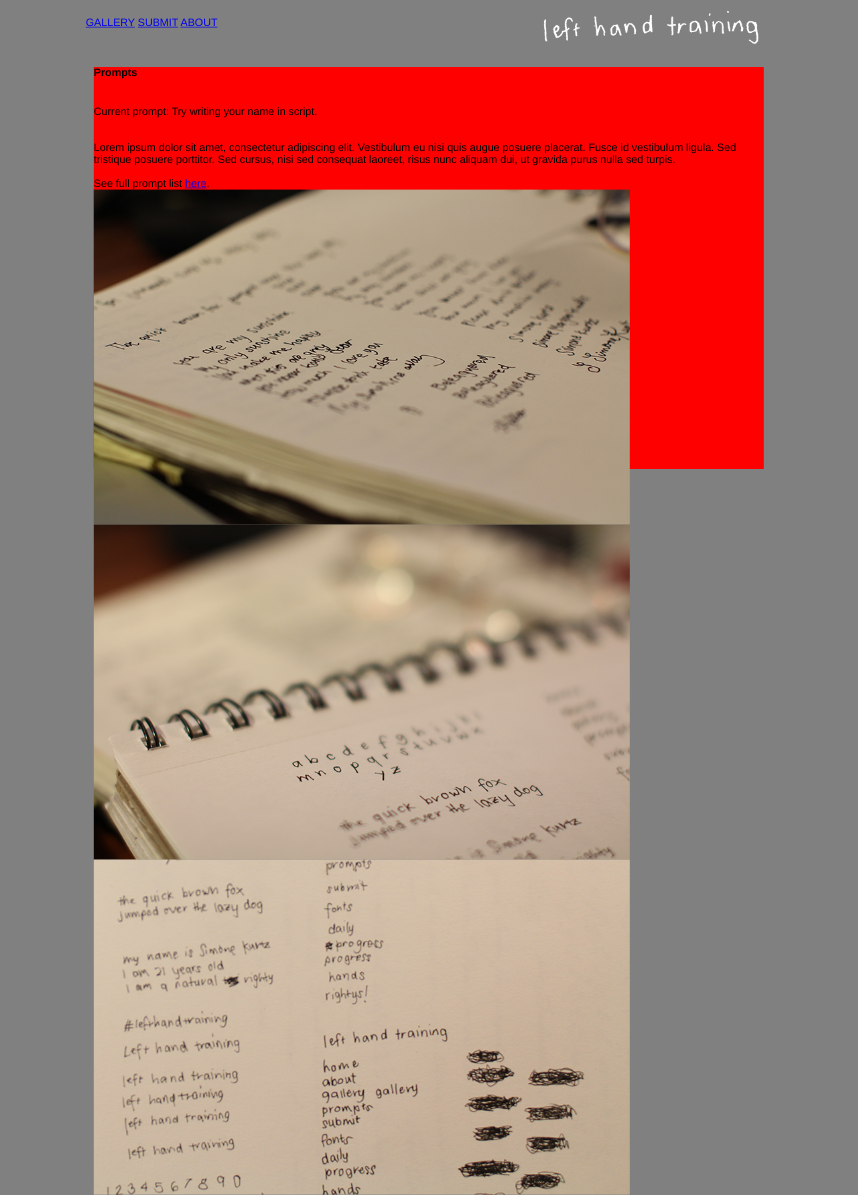
Repository: simonekurtz/simonekurtz.github.io
Page: 3ASGN_Catalog/prompts.html
The author's editor kept a record of every edit. The page is drawn from the files as they stood at one moment, then again after the next edit.
The browser window is 1280 px wide. The pictures show the whole page, at 67% of full size.
Some web libraries are served in a nearby version.

Above is the page before.

After the next edit:
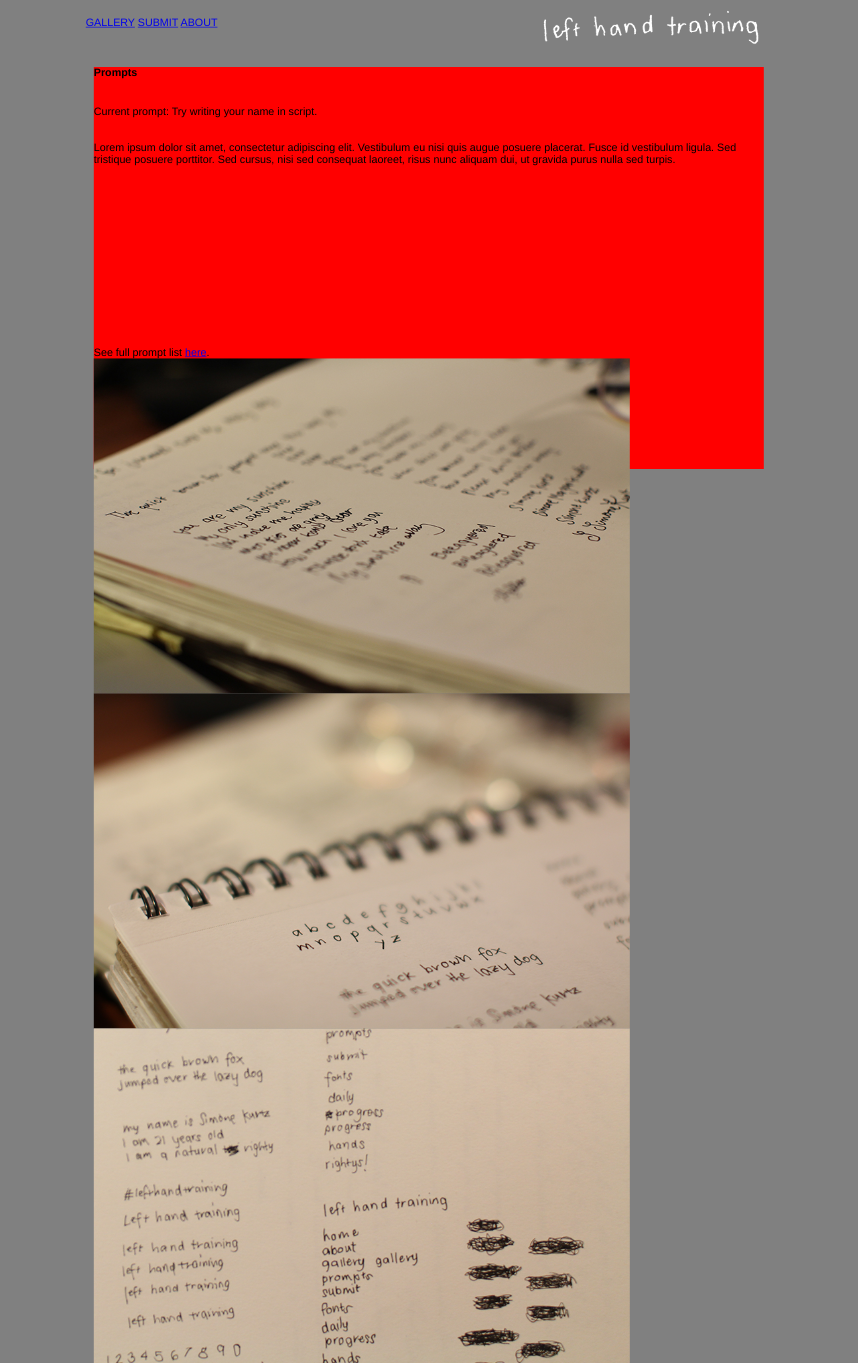
The edit:
--- a/3ASGN_Catalog/prompts.html
+++ b/3ASGN_Catalog/prompts.html
@@ -40,6 +40,20 @@
                 Lorem ipsum dolor sit amet, consectetur adipiscing elit. Vestibulum eu nisi quis augue posuere placerat. Fusce id vestibulum ligula. Sed tristique posuere porttitor. Sed cursus, nisi sed consequat laoreet, risus nunc aliquam dui, ut gravida purus nulla sed turpis.
                     <br>
                     <br>
+                    <br>
+                    <br>
+                    <br>
+                    <br>
+                    <br>
+                    <br>
+                    <br>
+                    <br>
+                    <br>
+                    <br>
+                    <br>
+                    <br>
+                    <br>
+                    <br>
 
                     See full prompt list <a href="randomlink.html">here</a>.
             </div>
